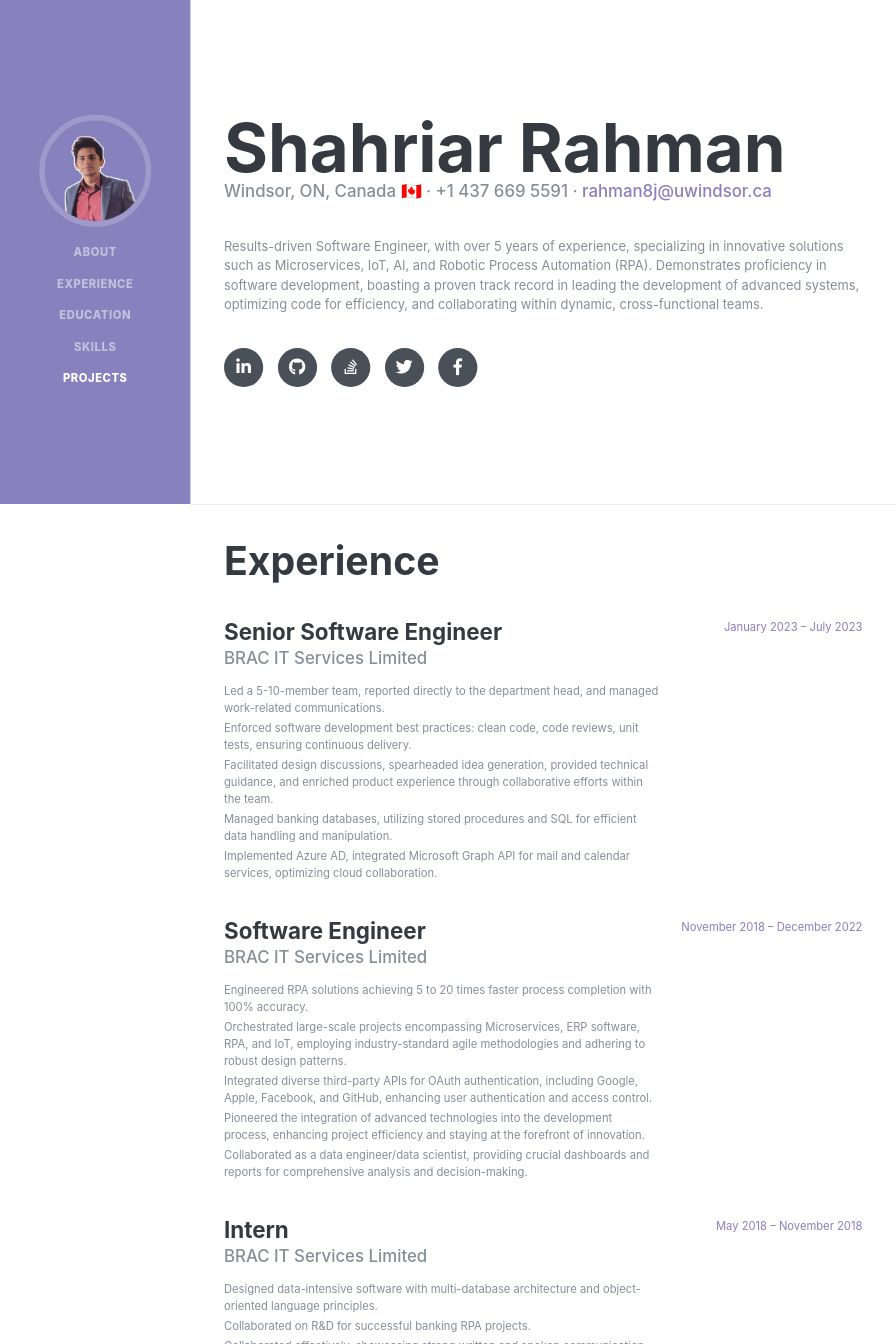
Repository: xahin96/xahin96.github.io
Page: index.html
These files come from the project's save history. The page is drawn as it stood at one moment and after the next save; the edit follows.
The browser window is 1280 px wide. The pictures show the part of the page from y = 0 to 1920 px (the page is 5453 px tall before and 5583 px after), at 70% of full size.
Some web fonts or font styles are not loaded; a fallback is used.

Above is the page before, as saved 2024-04-27 12:24:15.

After the next save:
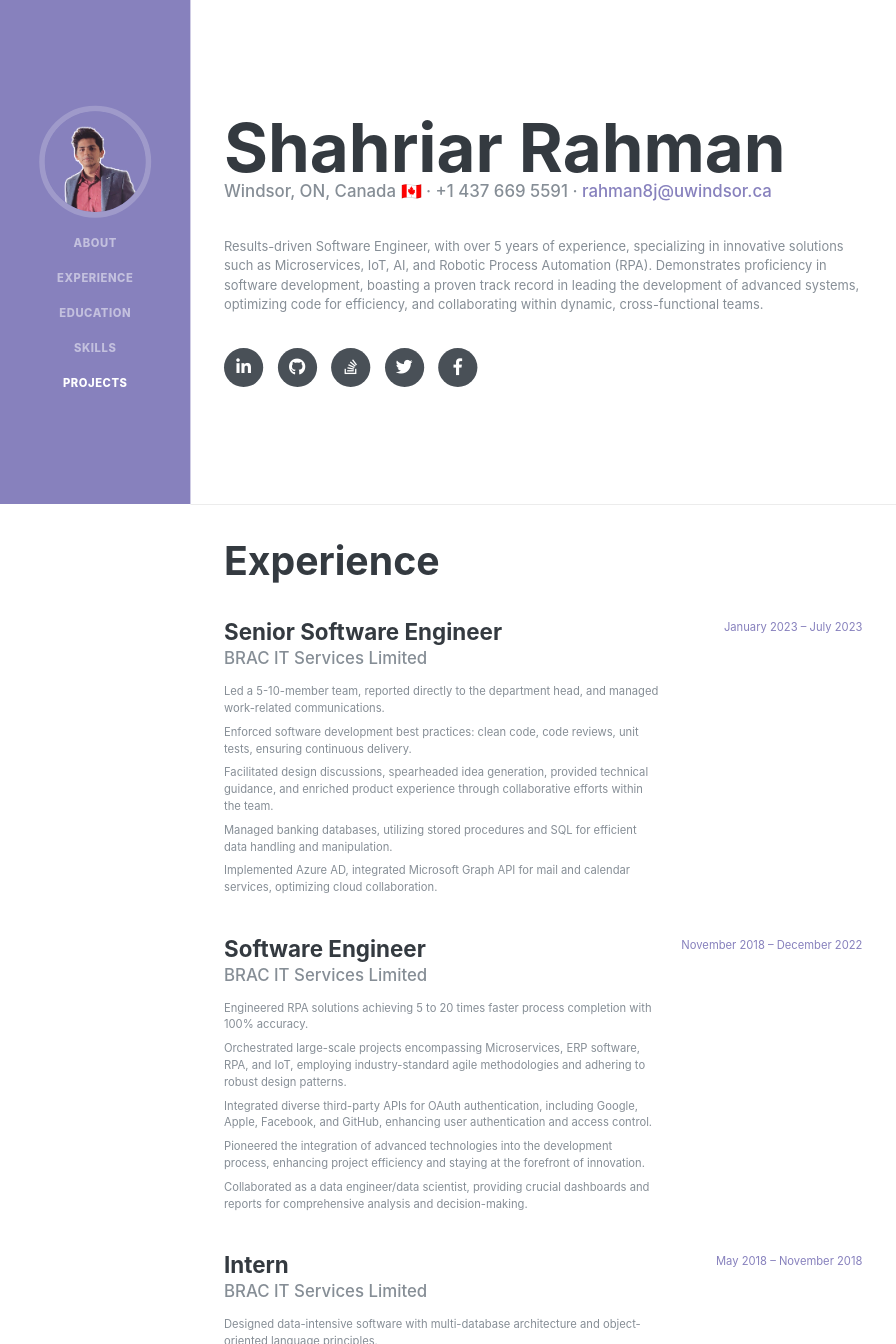
Saved 5 s later.
--- a/css/resume.css
+++ b/css/resume.css
@@ -48,7 +48,7 @@ p.lead {
 
 li{
   list-style: none;
-  margin-bottom: 5px;
+  margin-bottom: 10px;
 }
 
 .subheading {
